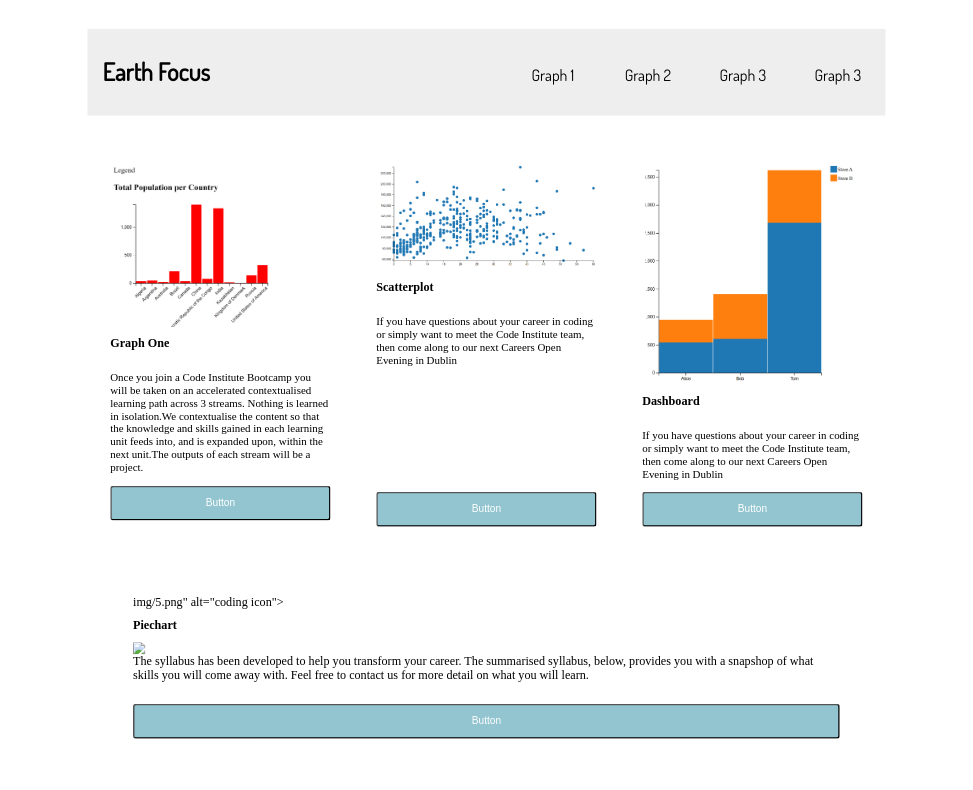
Repository: Code-Institute-Submissions/SOliv1-milestone2_NovResub
Page: index.html
The author's editor kept a record of every edit. The page is drawn from the files as they stood at one moment, then again after the next edit.
The browser window is 1280 px wide. The pictures show the whole page, at 76% of full size.
Some web libraries are served in a nearby version.

Above is the page before.

### index.html
<!DOCTYPE html>
<html lang="en">
<head>
    <meta charset="UTF-8">
    <meta http-equiv="X-UA-Compatible" content="ie=edge">
    <meta name="viewport" content="width=device-width, initial-scale=1">
    <title>Earth Focus</title>
    <link href="css/style.css" rel="stylesheet">
    <link href='https://fonts.googleapis.com/css?family=Roboto' rel='stylesheet' type='text/css'>
    <link href='https://fonts.googleapis.com/css?family=Dosis' rel='stylesheet' type='text/css'>
    </head>
<body>
    <div id="container">
        <nav>
            <ul>
                <li id="logoNav">Earth Focus</>
                <li id="graph11_btn">Graph 1</li>
                <li id="graph2_btn"> Graph 2</li>
                <li id="graph3_btn">Graph 3</li>
                <li id="graph4_btn">Graph 3</li>
            </ul>
        </nav>
        <div class="card graph1">
            <img class="card_image" src="img/1.png" alt="coding icon">
            <div class="card_bottom">
                <h2 class="card_head">Graph One</h2>
                <p class="card_para">Once you join a Code Institute Bootcamp you will be taken on an accelerated contextualised learning path across 3 streams. Nothing is learned in isolation.We contextualise the content so that the knowledge and skills gained in each learning
                    unit feeds into, and is expanded upon, within the next unit.The outputs of each stream will be a project. </p>
                <button class="bottom_button" id="button_effects1">Button</button>
            </div>
        </div>
        <div class="card graph3_btn">
            <img class="card_image" src="img/2.png" alt="coding icon">
            <h2 class="card_head">Scatterplot</h2>
            <p class="card_para">If you have questions about your career in coding or simply want to meet the Code Institute team, then come along to our next Careers Open Evening in Dublin</p>
            <button id="button_effects2" class="bottom_button">Button</button>
            </div>
        <div class="card graph2">
            <img class="card_image" src="img/3.png" alt="coding icon">
            <h2 class="card_head">Dashboard</h2>
            <p class="card_para">If you have questions about your career in coding or simply want to meet the Code Institute team, then come along to our next Careers Open Evening in Dublin</p>
            <button id="button_effects3" class="bottom_button">Button</button>
        </div>
        <div class="card graph4">
        <div class="card image" src=>img/5.png" alt="coding icon">
            <h2 class="card_head">Piechart</h2>
            <img class="card_image" src="i
            <p class="card_para">The syllabus has been developed to help you transform your career. The summarised syllabus, below, provides you with a snapshop of what skills you will come away with. Feel free to contact us for more detail on what you will learn.</p>
             <button id="button_effects4" class="bottom_button">Button</button>
        </div>
    <script src="https://code.jquery.com/jquery-3.2.1.js" integrity="sha256-DZAnKJ/6XZ9si04Hgrsxu/8s717jcIzLy3oi35EouyE=" crossorigin="anonymous"></script>
    <script src="script.js"></script>
    <!-- Scripts located at the bottom of the body to insure page is fully loaded before execution -->
</body>
</html>

### css/style.css
Skip to content
Search or jump to…

Pull requests
Issues
Marketplace
Explore

@SOliv1
Code Issues 0 Pull requests 0 Projects 0 Wiki Security Pulse Community
jquery-events/style.css
 Ubuntu initial commit
871e21d on Aug 28
193 lines (133 sloc)  2.25 KB

body {
	font-family: 'Roboto', sans-serif;
	/*background-image: url(img/code-institute.jpg);
 	background-size: cover;
 	color: #ffffff;*/
 	background-color: #eee;

}

h1{
	font-size: 3em;
	text-align: center;
}

h2 {
	font-size: 1em;
	text-align: left;

}



p {
	font-size: .9rem;
}



div {
	border-radius: 4px;
}

.card_image {
	width: 100%;

}

.bottom_button {
	display: flex;
	box-sizing:border-box;
	border-radius: 4px;
	display: block;
	width: 100%;
	background-color:rgba(129, 187, 201,.85);
	text-align: center;
	padding: 1em .75em;
	text-decoration: none;
	color: #fff;

}

.card_bottom {
	display: flex;
	flex-flow:column;
}

.card_head {
	flex:0;
}



.card_para {

	flex:1 0 auto;

}

#container {
	display: flex;		/* makes container a flexbox*/
	flex-flow: row wrap; 	/* layout the boxes in rows and wrap them*/
	box-sizing:border-box;
	margin-right:auto;
	margin-left:auto;
	max-width:1050px;
}

#logo {
	width: 800px;
	margin: auto;
}



.card {

	flex:1; /* */

	display: flex;	/* make the contents controllable by flexbox*/
	flex-flow:column;	/* */
	min-width: 240px; /**/
	margin: 10px;
	padding: 20px;
	background-color: #fff;
}

.highlight_stream {
	background-color: #EB5255;
}

#my_footer {
	width:100%;
	text-align: center;
}



#copyright {
	margin-top:10px;
	margin-bottom:10px;

}

/*************************
Navigation
**************************/

nav {

	font-family: roboto;
	background-color: #eee;
	margin: 30px auto;
	width: 100%;
}

ul {

	display: flex;

	justify-content:space-between;

	flex-flow: row;

	/*flex-flow: row-reverse;*/
	/*justify-content:flex-end;*/
	/*justify-content:space-around;*/
	/*align-items:flex-start;*/
	align-items:baseline;
	border-radius: 10px;
	list-style-type: none; /*Remove Bullets*/
	padding: 0;

}

li {
	flex:1;
	height: 30px;
	/*width:10%;*/
	/*border:2px solid #000;*/
	/*background-color: #81BBC9;*/
	/*border-radius: 10px;*/
	font-family: Dosis;
	padding:20px 20px 20px 20px;
	text-align: center;
	font-size: 1.3em;
}

#logoNav {
	flex:6;
	text-align: left;
	font-size: 2em;
	font-weight: bold;
}

.underline {
    text-decoration:underline;

}



.border {

    border: solid 5px #ccc;

}

@media screen and (max-width: 700px) {
	ul {
		flex-flow: column;
		align-items:center;
    }
	li {
		font-size: 2em;
	}

}

### script.js
$(document).ready(function() {
    -$("#barchart_html").on("click", function() {
        $(".graph1").show();
        $(".graph1").show(1000);
        $("#button_effects1").click(function(){
        $('#button_effects1').hide('slow');
    });
 });

   $("#barchart2_html").on("click", function() {
        $(".graph1").removeClass('highlight_graph');
        $(".graph2").removeClass('highlight_graph');
        $(".graph3").removeClass('highlight_graph');
        $(".graph2").addClass('highlight_graph');
   });

    $("#barchart3_html").on("click", function() {
        $(".graph1").removeClass('highlight_graph');
        $(".graph2").removeClass('highlight_graph');
        $(".graph3").removeClass('highlight_graph');
        $(".graph3").addClass('highlight_graph');
    });
});

    $(document).ready(function() {
    $("#button_effects1").click(function(){
        $('#par1').toggle('1000');
    });
    $("#button_effects2").click(function(){
        $('#par2').toggle('1000');
    });
    $("#button_effects3").click(function(){
        $('#par3').toggle('1000');
    });
    $("#button_effects4").click(function(){
        $('#par4').toggle('1000');
    });
});

$(document).ready(function() {
    // Create the slideToggle effects each of the paragraphs and
    // buttons
    $("#button_effects1").click(function(){
        $('#par1').slideToggle('1000');
    });
    $("#button_effects2").click(function(){
        $('#par2').slideToggle('1000');
    });
    $("#button_effects3").click(function(){
        $('#par3').slideToggle('1000');
    });
    $("#button_effects4").click(function(){
        $('#par4').slideToggle('1000');
    });
    $("#button_effects5").click(function(){
        $('#par5').slideToggle('1000');
    });
    $("#button_effects6").click(function(){
        $('#par6').slideToggle('1000');
    });
});



// Use the fadeTo effect when the mouse hovers over a specific button
    // and fadeTo again when the mouse is no longer hovering over the button

    $("#button_effects1").mouseenter(function(){
        $('#button_effects1').fadeTo(1000, 0.5);
    });
    $("#button_effects1").mouseleave(function(){
        $('#button_effects1').fadeTo(1000, 1);
    });
    $("#button_effects2").mouseenter(function(){
        $('#button_effects2').fadeTo(1000, 0.5);
    });
    $("#button_effects2").mouseleave(function(){
        $('#button_effects2').fadeTo(1000, 1);
    });
    $("#button_effects3").mouseenter(function(){
        $('#button_effects3').fadeTo(1000, 0.5);
    });
    $("#button_effects3").mouseleave(function(){
        $('#button_effects3').fadeTo(1000, 1);
    });
    $("#button_effects4").mouseenter(function(){
        $('#button_effects4').fadeTo(1000, 0.5);
    });
    $("#button_effects4").mouseleave(function(){
        $('#button_effects4').fadeTo(1000, 1);
    });

//waits until page is loaded first

    $(document).ready(function(){
    //applies colour red to paragraphs when clicked on
    $("p").click(function(){
        $("p").addClass("highlight_text");
    });
});

//will add lightblue to h2 elements

    $("h2").hover(function(){
        $("h2").addClass( "h2_color");
    });

    /*
    this will apply larger font size to the active h2 element
    by adding the h2_font_size class but
    not the other h2 elements by removing class h2_font_size from them
    */

    $("#hr_html").hover(function(){
        $("#hr_graph").removeClass("h2_font_size");
        $("#hr_dashboard").removeClass("h2_font_size");
        $("#hr_scatterplot").removeClass("h2_font_size");
        $("#hr_piechart").removeClass("h2_font_size");
    });


    //applies colour black to body background when mouse enters over buttons


    $(".bottom_button").mouseenter(function(){
        $("body").css( "background-color", "black");
    });

    //applies colour grey to body background when mouse leaves buttons

    $(".bottom_button").mouseleave(function(){
        $("body").css( "background-color", "#eee");
    });

After the next edit:
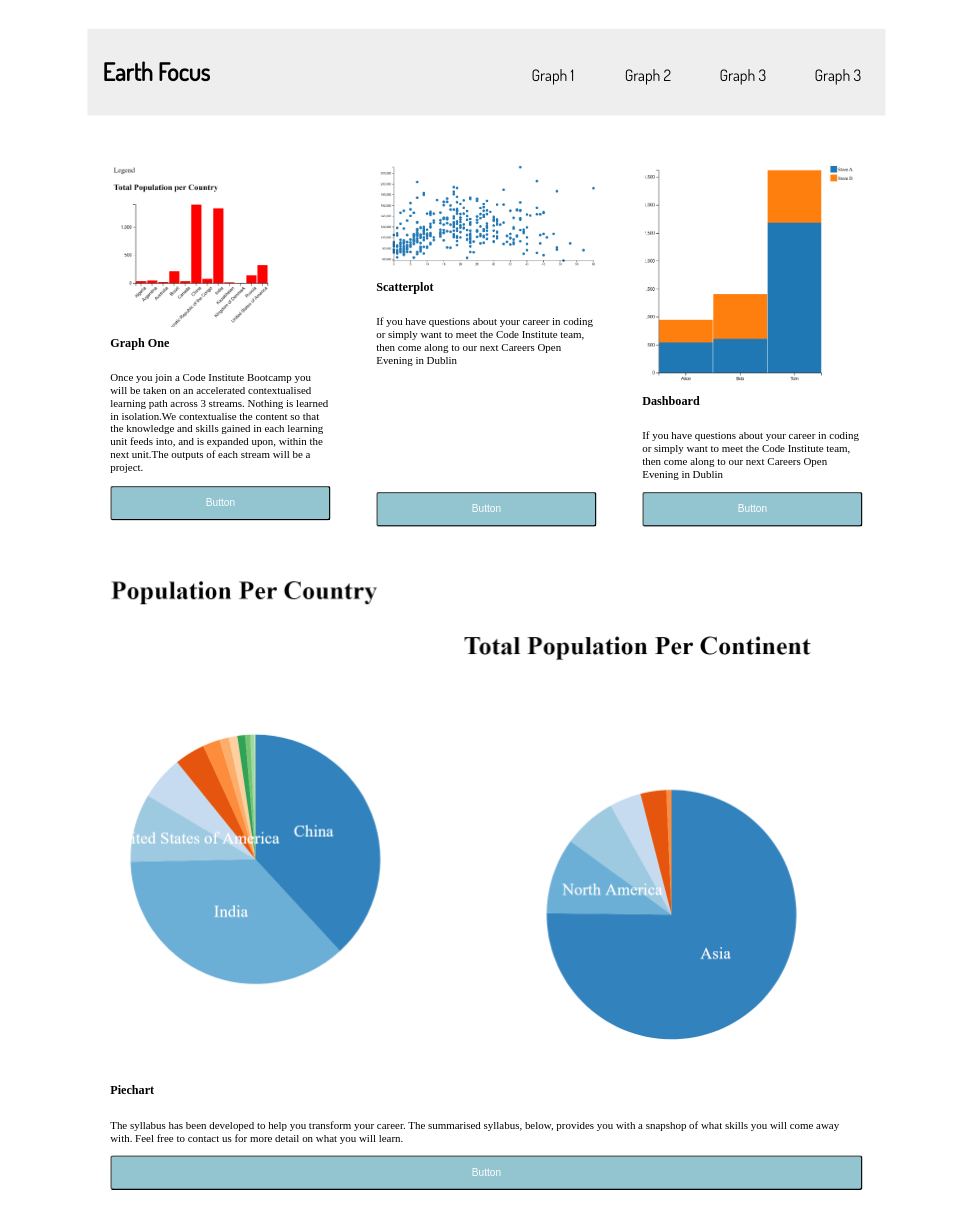
The edit:
--- a/index.html
+++ b/index.html
@@ -42,9 +42,8 @@
             <button id="button_effects3" class="bottom_button">Button</button>
         </div>
         <div class="card graph4">
-        <div class="card image" src=>img/5.png" alt="coding icon">
+         <img class="card_image" src="img/4.png" alt="pie graph">
             <h2 class="card_head">Piechart</h2>
-            <img class="card_image" src="i
             <p class="card_para">The syllabus has been developed to help you transform your career. The summarised syllabus, below, provides you with a snapshop of what skills you will come away with. Feel free to contact us for more detail on what you will learn.</p>
              <button id="button_effects4" class="bottom_button">Button</button>
         </div>
